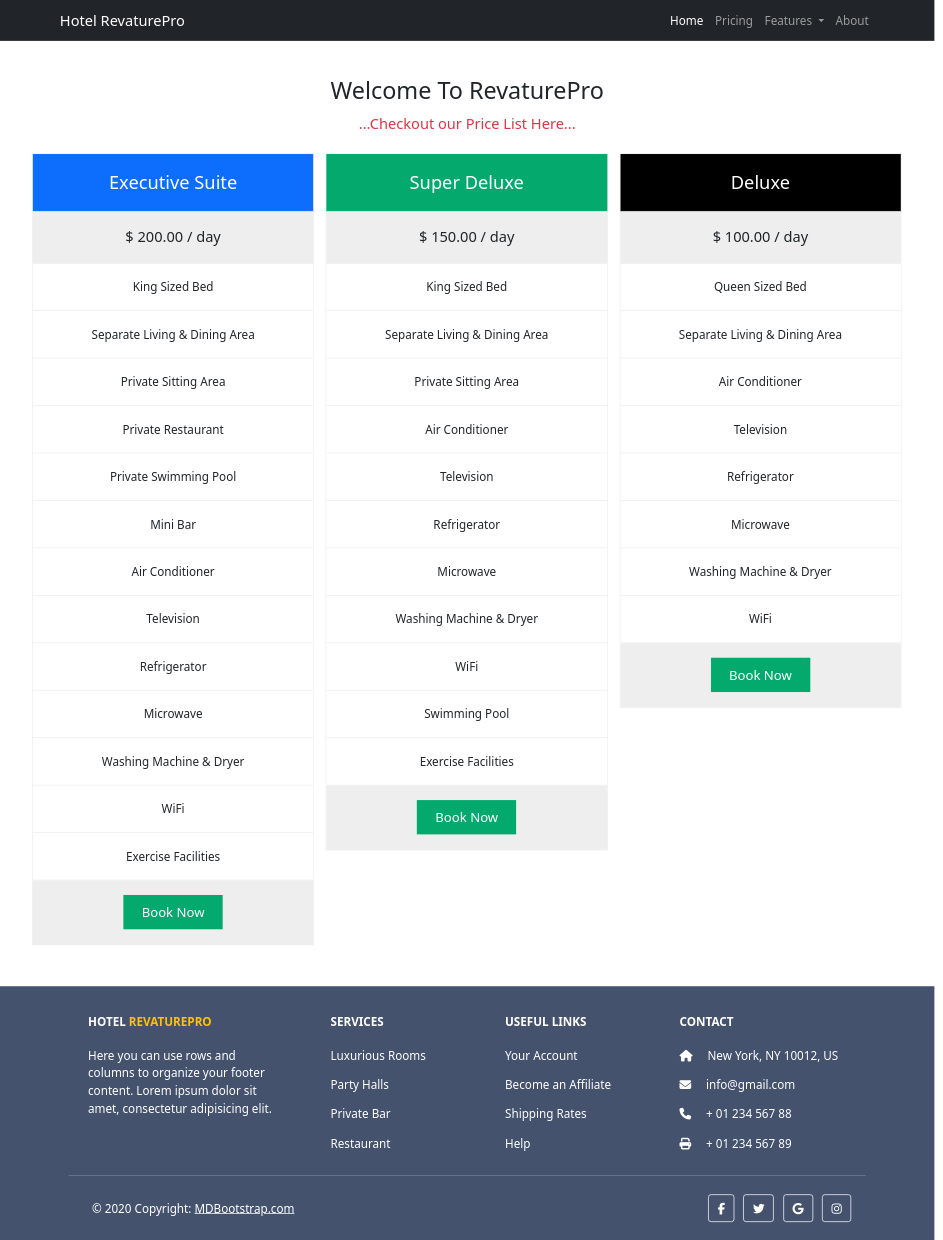
Repository: Azgarp/capstone-project
Page: http://localhost/demo/pricing.jsp
The author's editor kept a copy of each file at every save. The page is drawn from the files as they stood at one save, then again after the next save.
The browser window is 1280 px wide. The page is 1292 px wide, so the pictures cover 1292 px, including what lies to the right of the window. The pictures show the whole page, at 73% of full size.
Some web libraries are served in a nearby version. The page is served by Tomcat 9.

Above is the page before, as saved 2022-05-30 04:44:07.

After the next save:
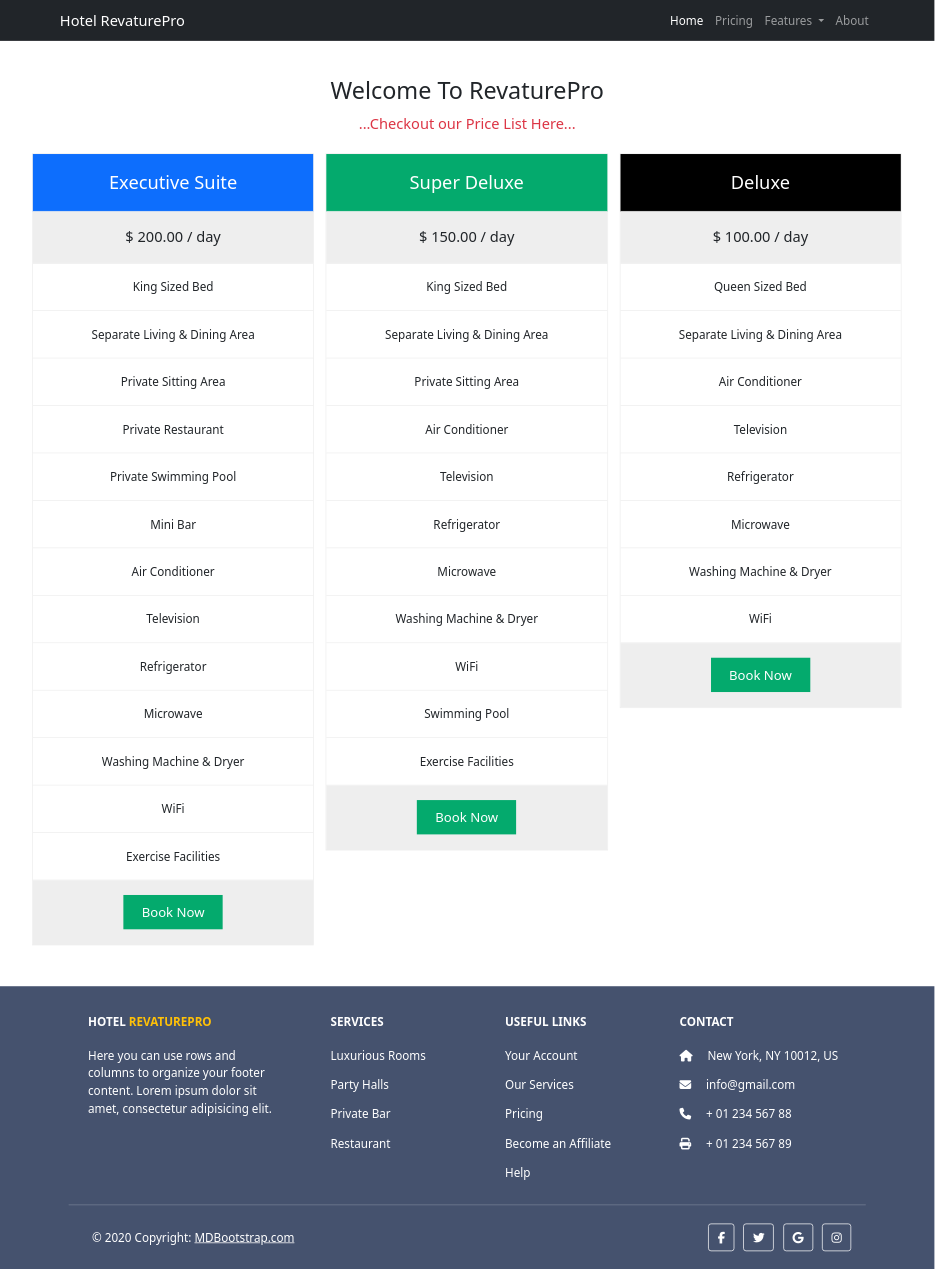
Saved 77 s later.
--- a/demo/src/main/webapp/footer.jsp
+++ b/demo/src/main/webapp/footer.jsp
@@ -53,10 +53,13 @@
               <a class="text-white">Your Account</a>
             </p>
             <p>
-              <a class="text-white">Become an Affiliate</a>
+              <a class="text-white">Our Services</a>
             </p>
             <p>
-              <a class="text-white">Shipping Rates</a>
+              <a class="text-white">Pricing</a>
+            </p>
+            <p>
+              <a class="text-white">Become an Affiliate</a>
             </p>
             <p>
               <a class="text-white">Help</a>
